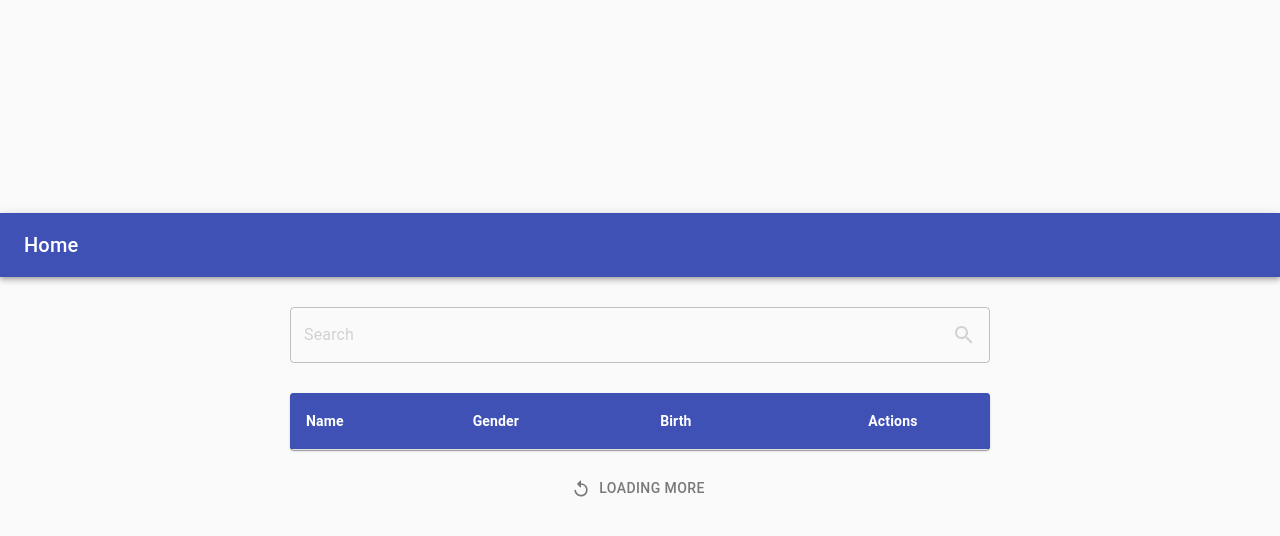
Repository: GabrielBrandaoProjetos/patient-manager
Page: /
The author's editor kept a copy of each file at every save. The page is drawn from the files as they stood at one save, then again after the next save.
The browser window is 1280 px wide. The pictures show the whole page.
The page's requests for data from a server got no answer. The project was rebuilt for these pictures with package versions that can differ from the ones it lists, and the page was loaded fresh each time. No one was signed in, and anything a server would have sent is missing.

Above is the page before, as saved 2021-09-14 21:59:16.

After the next save:
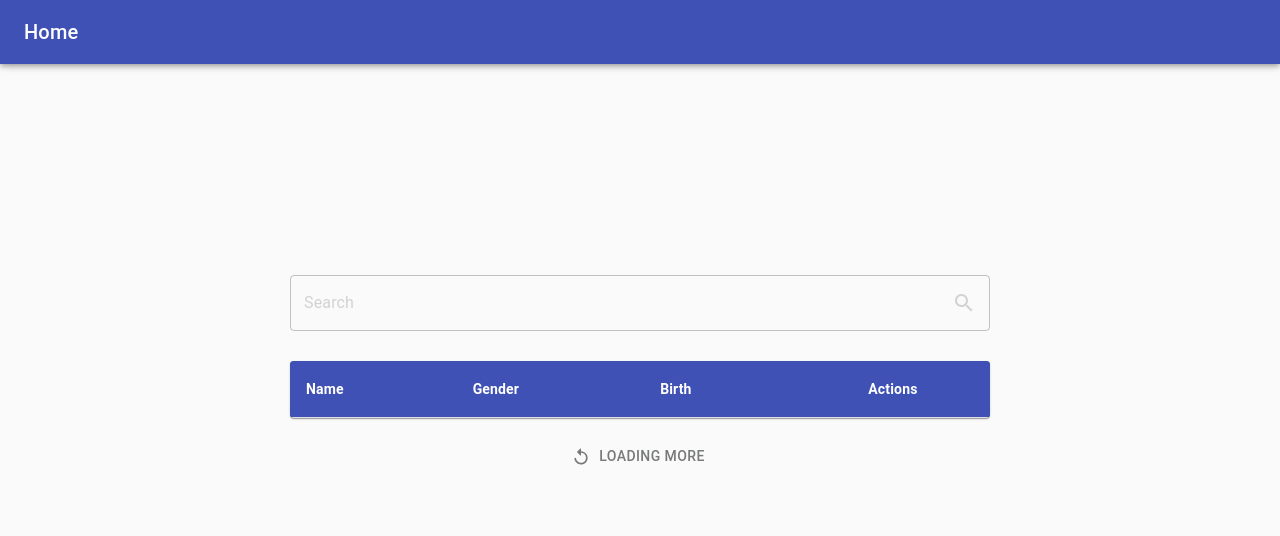
Saved 99 s later.
--- a/src/pages/Home/Home.tsx
+++ b/src/pages/Home/Home.tsx
@@ -94,7 +94,7 @@ export const Home = () => {
 
   return(
     <div className={classes.root}>
-      <AppBar position="static">
+      <AppBar>
         <Toolbar>
           <Typography variant="h6" className={classes.title}>
             Home
